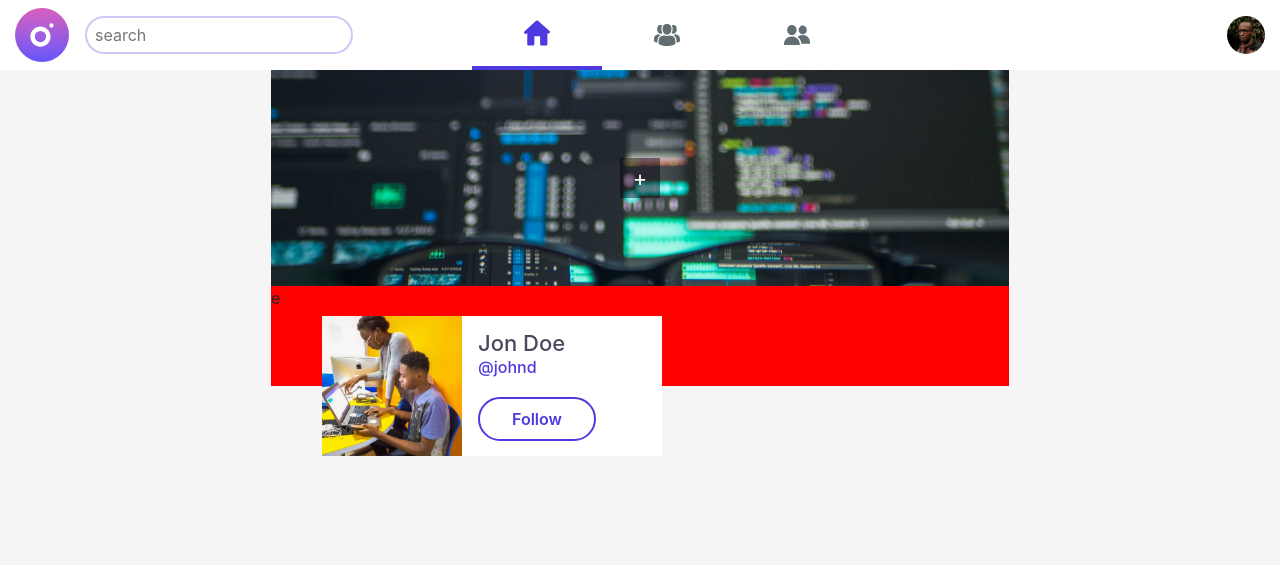
Repository: Flovet-stack/memic
Page: admin-profile.html
These files come from the project's save history. The page is drawn as it stood at one moment and after the next save; the edit follows.
The browser window is 1280 px wide. The pictures show the whole page.
Some web fonts or font styles are not loaded; a fallback is used.

Above is the page before, as saved 2020-10-27 23:49:55.
Console error: TypeError: Cannot read properties of undefined (reading 'fn')

After the next save:
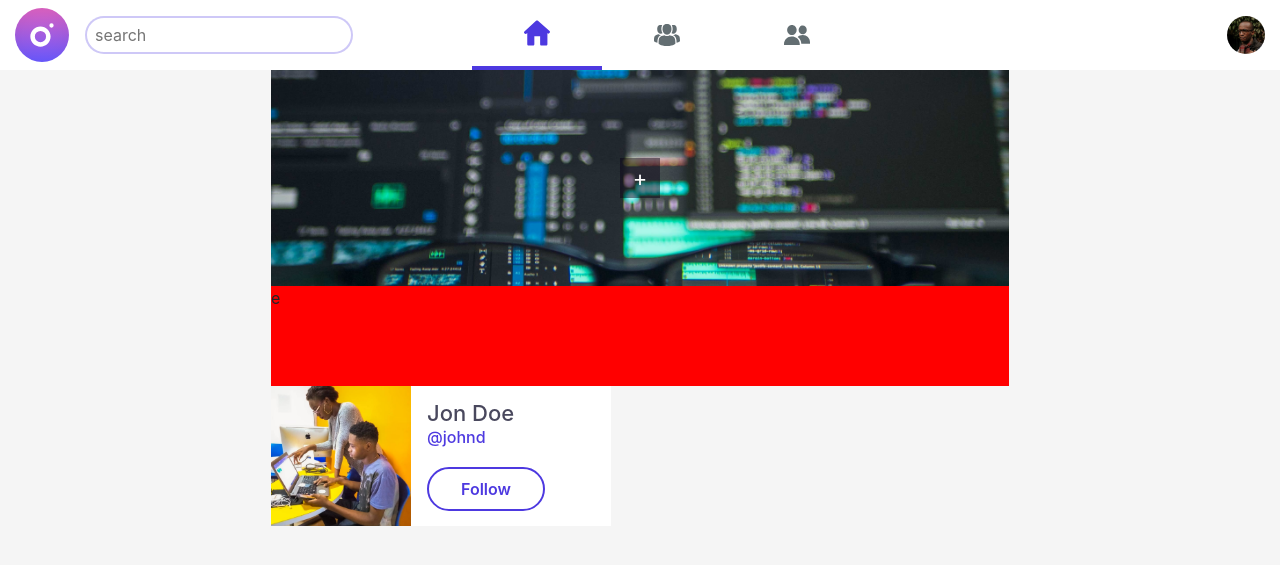
Saved 13 s later.
--- a/css/admin-profile.css
+++ b/css/admin-profile.css
@@ -16,7 +16,7 @@
     background-color: var(--white);
     position: absolute;
     top: 100%;
-    transform: translate(15%, -50%);
+    /* transform: translate(15%, -50%);  */
     display: flex;
     /* border-radius: 70px; */
     /* border-top-right-radius: 70px;
